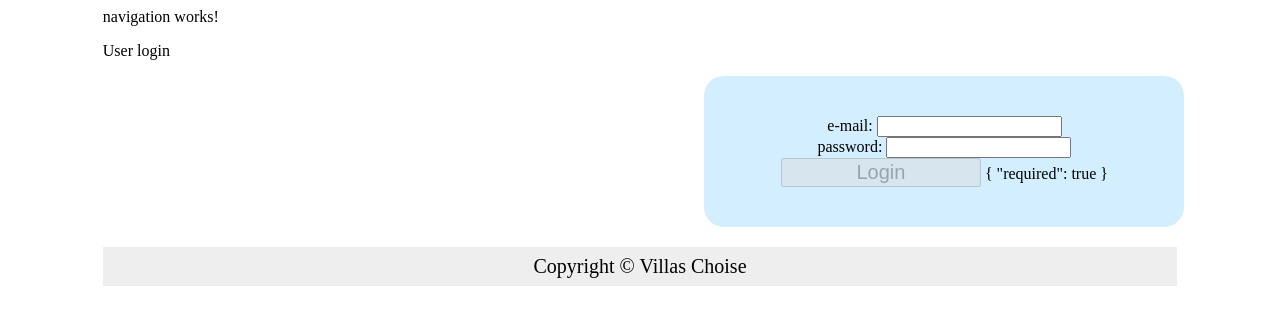
Repository: vsterev/angular-antiCovid-travel
Page: /login (app in covid-travel/)
The author's editor kept a copy of each file at every save. The page is drawn from the files as they stood at one save, then again after the next save.
The browser window is 1280 px wide. The pictures show the whole page.
The project was rebuilt for these pictures with package versions that can differ from the ones it lists, and the page was loaded fresh each time. Also part of the build but not shown: covid-travel/angular.json, covid-travel/src/app/villas/details-reservation/details-reservation.component.ts, covid-travel/src/app/villas/villa-book/villa-book.component.ts, covid-travel/src/app/villas/villa-edit/villa-edit.component.ts, covid-travel/src/app/user/user.service.ts, covid-travel/src/app/villas/villa.service.ts, covid-travel/src/app/villas/villa-detail/villa-detail.component.ts, covid-travel/src/app/villas/villa-add/villa-add.component.ts and 6 more.

Above is the page before, as saved 2020-11-16 09:51:21.

After the next save:
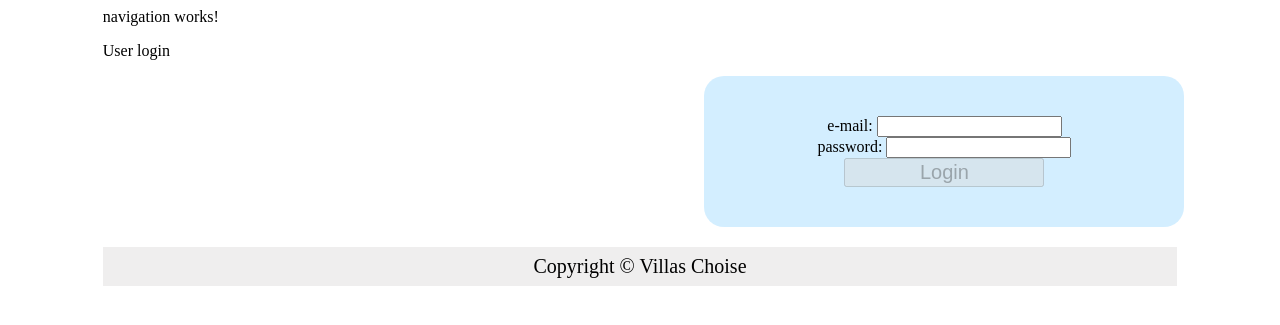
Saved 7 h 22 min later.
--- a/covid-travel/src/app/user/login/login.component.html
+++ b/covid-travel/src/app/user/login/login.component.html
@@ -15,5 +15,4 @@
     </div>
   </div>
   <button [disabled]="loginform.invalid">Login</button>
-  {{ passwordInput.errors | json }}
 </form>
